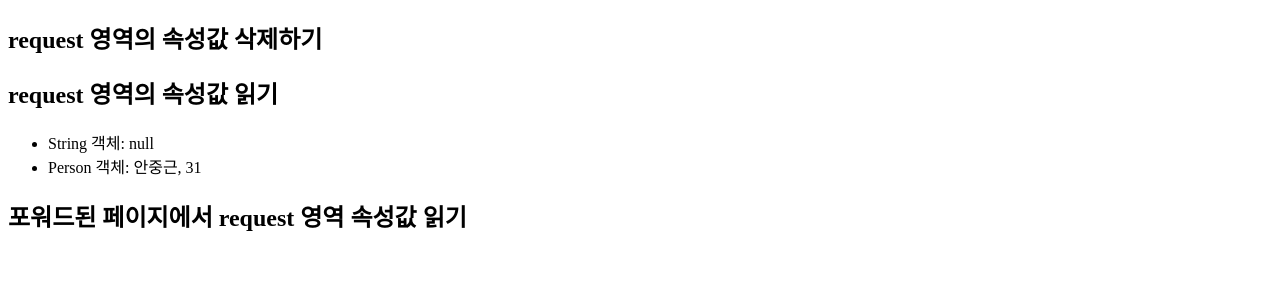
Repository: Motibidu/JSP_Servlet
Page: http://localhost/MushHaveJsp/03Scope/RequestMain.jsp
The author's editor kept a copy of each file at every save. The page is drawn from the files as they stood at one save, then again after the next save.
The browser window is 1280 px wide. The pictures show the whole page.
The page is served by Tomcat 10.

Above is the page before, as saved 2025-05-07 03:04:05.

After the next save:
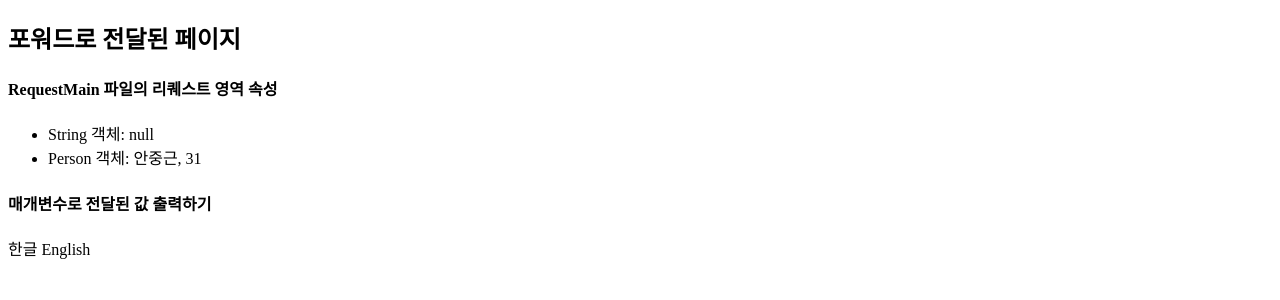
Saved 6 s later.
--- a/MushHaveJsp/src/main/webapp/03Scope/RequestMain.jsp
+++ b/MushHaveJsp/src/main/webapp/03Scope/RequestMain.jsp
@@ -31,7 +31,8 @@
 	<h2>포워드된 페이지에서 request 영역 속성값 읽기</h2>
 	<%
 		request
-		.getRequestDispatcher("RequestForward.jsp?paramHan=한글&paramEng=English");
+		.getRequestDispatcher("RequestForward.jsp?paramHan=한글&paramEng=English")
+		.forward(request, response);
 	%>
 </body>
 </html>
